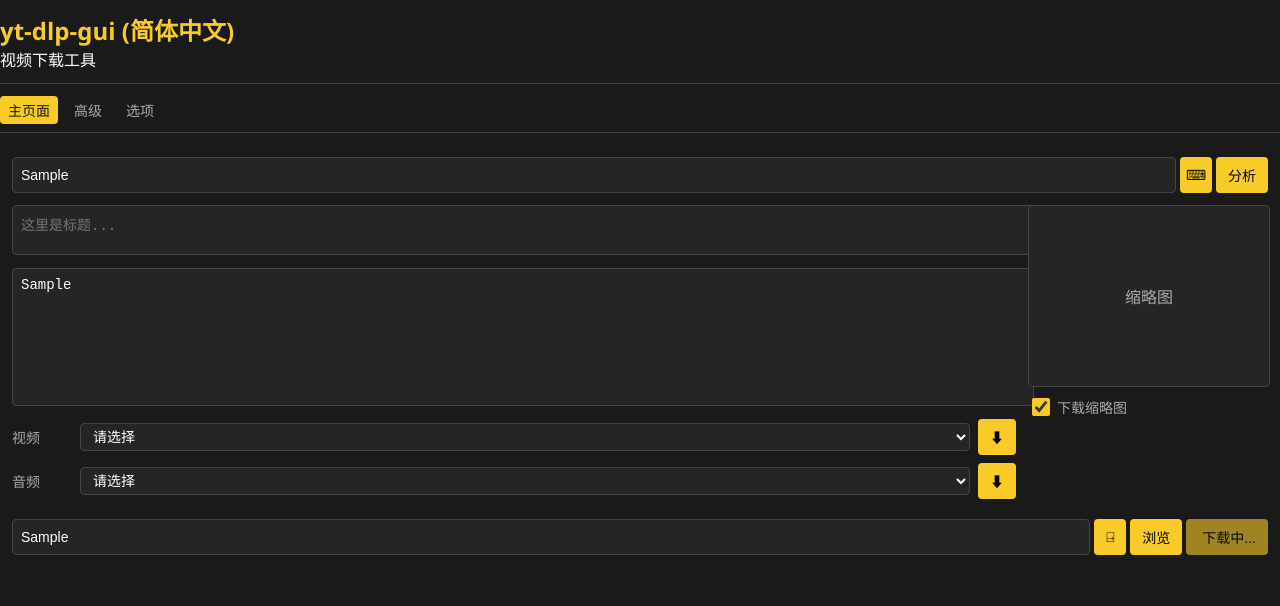
Repository: zArvin6808/yt-TubeSaver
Page: index.html
These files come from the project's save history. The page is drawn as it stood at one moment and after the next save; the edit follows.
The browser window is 1280 px wide. The pictures show the whole page.
Empty fields were first filled with sample values (such as "Sample", 5 or name@example.com).
After loading, the first visible `#downloadButton` was clicked once.

Above is the page before, as saved 2025-06-07 18:04:19.

### index.html
<!DOCTYPE html>
<html lang="zh-CN">
<head>
  <meta charset="UTF-8" />
  <title>yt-dlp-gui (简体中文)</title>
  <meta name="viewport" content="width=device-width, initial-scale=1.0"/>
  <link rel="stylesheet" href="style.css" />
</head>
<body>

  <!-- 标题栏 -->
  <header class="app-header">
    <h1 class="app-header__title">yt-dlp-gui (简体中文)</h1>
    <span>视频下载工具</span>
  </header>

  <!-- 导航栏 -->
  <nav class="app-nav">
    <a href="#" class="app-nav__item app-nav__item--active" data-page="main">主页面</a>
    <a href="#" class="app-nav__item" data-page="advanced">高级</a>
    <a href="#" class="app-nav__item" data-page="settings">选项</a>
  </nav>

  <!-- 主页面内容 -->
  <main class="app-main">
    <div id="main" class="app-page app-page--active">
    <!-- 网址与按钮 占据整行 -->
    <div class="url-input-group">
      <input type="text" id="urlInput" class="url-input__field" placeholder="网址" />
      <button class="app-btn app-btn--icon" id="pasteButton">⌨</button>
      <button class="app-btn" id="analyzeButton">
        <span class="loading-spinner" style="display:none;"></span>
        <span class="btn-text">分析</span>
      </button>
    </div>

    <!-- 主内容 -->
    <div class="content-area">
      <!-- 左侧面板 -->
      <div class="content-main">
        <textarea class="app-text-input" id="titleInput" placeholder="这里是标题..." readonly></textarea>
        <textarea class="app-text-input app-text-input--content" id="contentTextarea" placeholder="这里是详细内容..."></textarea>

        <!-- 视频行 -->
        <div class="app-selector">
          <label class="app-selector__label">视频</label>
          <select id="video-select" class="app-selector__dropdown">
            <option>请选择</option>
            <option value="video1">视频格式1</option>
            <option value="video2">视频格式2</option>
          </select>
          <button class="app-btn app-btn--download" id="downloadVideoButton">
            <span class="loading-spinner" style="display:none;"></span>
            <span class="btn-text">⬇</span>
          </button>
        </div>

        <!-- 音频行 -->
        <div class="app-selector">
          <label class="app-selector__label">音频</label>
          <select id="audio-select" class="app-selector__dropdown">
            <option>请选择</option>
            <option value="audio1">音频格式1</option>
            <option value="audio2">音频格式2</option>
          </select>
          <button class="app-btn app-btn--download" id="downloadAudioButton">
            <span class="loading-spinner" style="display:none;"></span>
            <span class="btn-text">⬇</span>
          </button>
        </div>
      </div>

      <!-- 右侧面板 -->
      <div class="content-sidebar">
        <div class="app-thumbnail" id="thumbnailPreview">缩略图</div>
        <div class="app-checkbox">
          <input type="checkbox" id="download-thumb" class="app-checkbox__input" checked />
          <label for="download-thumb" class="app-checkbox__label">下载缩略图</label>
        </div>
      </div>
    </div>

    <!-- 路径栏 -->
    <div class="app-path-bar">
      <input type="text" id="pathInput" class="url-input__field" placeholder="D:\下载\yt-dlp-gui\" />
      <button class="app-btn app-btn--icon" id="refreshPathButton">⍈</button>
      <button class="app-btn" id="selectPathButton">浏览</button>
      <button class="app-btn" id="downloadButton">
        <span class="loading-spinner" style="display:none;"></span>
        <span class="btn-text">下载</span>
      </button>
    </div>

    <!-- 进度条 -->
    <div class="progress-bar" style="display:none;">
      <div class="progress-bar__fill"></div>
    </div>
  </div>

  <!-- 高级页面 -->
  <div id="advanced" class="app-page">
    <div class="test-content">
      <h2>高级设置（测试页面）</h2>
      <p>这是高级设置页面的测试内容。该页面将用于配置更详细的下载选项。</p>
      <p>未来这里将包含：</p>
      <ul style="color: #aaa; margin-left: 20px;">
        <li>视频质量设置</li>
        <li>下载速度限制</li>
        <li>字幕选项</li>
        <li>格式选择</li>
      </ul>
    </div>
  </div>

  <!-- 选项页面 -->
  <div id="settings" class="app-page">
    <div class="test-content">
      <h2>全局设置（测试页面）</h2>
      <p>这是选项设置页面的测试内容。该页面将用于配置软件的全局设置。</p>
      <p>未来这里将包含：</p>
      <ul style="color: #aaa; margin-left: 20px;">
        <li>界面语言设置</li>
        <li>默认下载路径</li>
        <li>代理设置</li>
        <li>主题选择</li>
      </ul>
    </div>
  </div>

  <script src="script.js"></script>
</body>
</html>

### script.js
// 页面切换逻辑
function switchPage(pageId) {
    // 移除所有页面的active类
    document.querySelectorAll('.page').forEach(page => {
        page.classList.remove('app-page--active');
    });

    // 移除所有导航项的active类
    document.querySelectorAll('.app-nav__item').forEach(nav => {
        nav.classList.remove('app-nav__item--active');
    });

    // 激活选中的页面
    document.getElementById(pageId).classList.add('app-page--active');

    // 激活对应的导航项
    document.querySelector(`.app-nav__item[data-page="${pageId}"]`).classList.add('app-nav__item--active');
}

// 初始化页面
document.addEventListener('DOMContentLoaded', () => {
    // 为所有导航链接添加点击事件
    document.querySelectorAll('.app-nav__item').forEach(link => {
        link.addEventListener('click', (e) => {
            e.preventDefault();
            const pageId = link.getAttribute('data-page');
            switchPage(pageId);
        });
    });

    // 默认显示main页面
    switchPage('main');

    // 绑定按钮事件

    // 粘贴按钮点击事件
    document.getElementById('pasteButton').addEventListener('click', async () => {
        try {
            const text = await navigator.clipboard.readText();
            document.getElementById('urlInput').value = text;
            showToast('已粘贴剪贴板内容', 'success');
        } catch (error) {
            console.error('粘贴失败:', error);
            showToast('粘贴失败: ' + error.message, 'error');
        }
    });

    // URL分析按钮点击事件
    document.getElementById('analyzeButton').addEventListener('click', async () => {
        const urlInput = document.getElementById('urlInput');
        const url = urlInput.value.trim();

        if (!url) {
            showToast('请输入有效的YouTube URL', 'error');
            urlInput.focus();
            return;
        }

        if (!isValidYouTubeUrl(url)) {
            showToast('请输入有效的YouTube视频链接', 'error');
            return;
        }

        const button = document.getElementById('analyzeButton');
        const originalText = button.textContent;
        button.disabled = true;
        button.innerHTML = '<span class="spinner"></span>分析中...';

        try {
            // 模拟API请求
            const videoInfo = await analyzeYouTubeUrl(url);

            // 更新UI
            document.getElementById('titleInput').value = videoInfo.title;
            document.getElementById('contentTextarea').value = videoInfo.description;
            document.getElementById('thumbnailPreview').style.backgroundImage = `url(${videoInfo.thumbnail})`;
            document.getElementById('thumbnailPreview').textContent = '';

            // 填充格式选项
            updateFormatOptions(videoInfo.formats);

            showToast('视频信息获取成功', 'success');
        } catch (error) {
            console.error('分析URL失败:', error);
            showToast('分析失败: ' + error.message, 'error');
        } finally {
            button.disabled = false;
            button.textContent = originalText;
        }
    });

    // 下载按钮点击事件
    document.getElementById('downloadButton').addEventListener('click', async () => {
        const path = document.getElementById('pathInput').value.trim();
        if (!path) {
            showToast('请选择保存路径', 'error');
            return;
        }

        const button = document.getElementById('downloadButton');
        const originalText = button.textContent;
        button.disabled = true;
        button.innerHTML = '<span class="spinner"></span>下载中...';

        try {
            // 模拟下载过程
            await downloadVideo({
                url: document.getElementById('urlInput').value,
                path: path,
                downloadThumbnail: document.getElementById('download-thumb').checked
            });

            showToast('下载完成', 'success');
        } catch (error) {
            console.error('下载失败:', error);
            showToast('下载失败: ' + error.message, 'error');
        } finally {
            button.disabled = false;
            button.textContent = originalText;
        }
    });

    // 选择保存路径按钮点击事件
    document.getElementById('selectPathButton').addEventListener('click', async () => {
        try {
            // 使用Electron的dialog API选择路径
            const path = await window.electron.showOpenDialog({
                properties: ['openDirectory']
            });

            if (path && path.length > 0) {
                document.getElementById('pathInput').value = path[0];
                showToast('路径设置成功', 'success');
            }
        } catch (error) {
            console.error('选择路径失败:', error);
            showToast('选择路径失败', 'error');
        }
    });

    // 刷新路径按钮点击事件
    document.getElementById('refreshPathButton').addEventListener('click', () => {
        document.getElementById('pathInput').value = 'D:\\下载\\yt-dlp-gui\\';
        showToast('已重置默认路径', 'info');
    });

    // 视频下载按钮点击事件
    document.getElementById('downloadVideoButton').addEventListener('click', () => {
        const select = document.getElementById('video-select');
        if (select.value === '请选择') {
            showToast('请选择视频格式', 'error');
            return;
        }
        showToast(`开始下载视频: ${select.value}`, 'info');
    });

    // 音频下载按钮点击事件
    document.getElementById('downloadAudioButton').addEventListener('click', () => {
        const select = document.getElementById('audio-select');
        if (select.value === '请选择') {
            showToast('请选择音频格式', 'error');
            return;
        }
        showToast(`开始下载音频: ${select.value}`, 'info');
    });

    // 辅助函数
    function isValidYouTubeUrl(url) {
        const pattern = /^(https?:\/\/)?(www\.)?(youtube\.com|youtu\.?be)\/.+/;
        return pattern.test(url);
    }

    function showToast(message, type = 'info') {
      // 确保容器存在
      let container = document.querySelector('.toast-container');
      if (!container) {
        container = document.createElement('div');
        container.className = 'toast-container';
        document.body.appendChild(container);
      }

      const icons = {
        success: '✓',
        error: '✕',
        warning: '⚠',
        info: 'ℹ'
      };

      const toast = document.createElement('div');
      toast.className = `toast toast-${type}`;

      // 添加图标
      const icon = document.createElement('span');
      icon.className = 'toast-icon';
      icon.textContent = icons[type] || icons.info;
      toast.appendChild(icon);

      // 添加消息
      const messageEl = document.createElement('span');
      messageEl.textContent = message;
      toast.appendChild(messageEl);

      // 添加关闭按钮
      const closeBtn = document.createElement('span');
      closeBtn.className = 'toast-close';
      closeBtn.innerHTML = '&times;';
      closeBtn.addEventListener('click', () => {
        toast.classList.add('hide');
        setTimeout(() => toast.remove(), 300);
      });
      toast.appendChild(closeBtn);

      container.appendChild(toast);

      // 显示toast
      setTimeout(() => toast.classList.add('show'), 10);

      // 自动隐藏
      const timeout = setTimeout(() => {
        toast.classList.add('hide');
        setTimeout(() => toast.remove(), 300);
      }, 3000);

      // 鼠标悬停时暂停自动隐藏
      toast.addEventListener('mouseenter', () => {
        clearTimeout(timeout);
        toast.style.setProperty('--progress', 'paused');
      });

      toast.addEventListener('mouseleave', () => {
        const newTimeout = setTimeout(() => {
          toast.classList.add('hide');
          setTimeout(() => toast.remove(), 300);
        }, 3000);
        toast.dataset.timeout = newTimeout;
      });
    }

    // 模拟API函数
    async function analyzeYouTubeUrl(url) {
        return new Promise((resolve) => {
            setTimeout(() => {
                resolve({
                    title: '示例视频标题',
                    description: '这是视频的详细描述信息...',
                    thumbnail: 'https://i.ytimg.com/vi/dQw4w9WgXcQ/maxresdefault.jpg',
                    formats: {
                        video: ['1080p', '720p', '480p'],
                        audio: ['mp3', 'aac', 'opus']
                    }
                });
            }, 1500);
        });
    }

    function updateFormatOptions(formats) {
        const videoSelect = document.getElementById('video-select');
        const audioSelect = document.getElementById('audio-select');

        // 清空现有选项
        videoSelect.innerHTML = '<option>请选择</option>';
        audioSelect.innerHTML = '<option>请选择</option>';

        // 添加视频格式
        formats.video.forEach(format => {
            const option = document.createElement('option');
            option.value = format;
            option.textContent = format;
            videoSelect.appendChild(option);
        });

        // 添加音频格式
        formats.audio.forEach(format => {
            const option = document.createElement('option');
            option.value = format;
            option.textContent = format;
            audioSelect.appendChild(option);
        });
    }

    async function downloadVideo(options) {
        return new Promise((resolve) => {
            setTimeout(() => {
                console.log('下载完成:', options);
                resolve();
            }, 3000);
        });
    }

    // 页面切换
    document.querySelectorAll('.nav-link').forEach(link => {
        link.addEventListener('click', (e) => {
            e.preventDefault();
            const page = link.dataset.page;

            // 更新导航栏状态
            document.querySelectorAll('.nav-link').forEach(navLink => {
                navLink.classList.remove('active');
            });
            link.classList.add('active');

            // 切换页面
            document.querySelectorAll('.page').forEach(pageElement => {
                pageElement.classList.remove('active');
            });
            document.getElementById(page).classList.add('active');
        });
    });

    // 粘贴按钮点击事件
    document.getElementById('pasteButton')?.addEventListener('click', async () => {
        try {
            const button = document.getElementById('pasteButton');
            const originalText = button.textContent;
            button.disabled = true;
            button.innerHTML = '<span class="spinner"></span>粘贴中...';

            const text = await navigator.clipboard.readText();
            document.getElementById('urlInput').value = text;
            showToast('已粘贴剪贴板内容', 'success');
        } catch (error) {
            console.error('粘贴失败:', error);
            showToast('粘贴失败: ' + error.message, 'error');
        } finally {
            const button = document.getElementById('pasteButton');
            button.disabled = false;
            button.textContent = '粘贴';
        }
    });

    // 视频下载按钮点击事件
    document.getElementById('downloadVideoButton')?.addEventListener('click', async () => {
        const select = document.getElementById('video-select');
        if (select.value === '请选择') {
            showToast('请选择视频格式', 'error');
            return;
        }

        const button = document.getElementById('downloadVideoButton');
        const originalText = button.textContent;
        button.disabled = true;
        button.innerHTML = '<span class="spinner"></span>下载中...';

        try {
            // 模拟下载过程
            await downloadVideo({
                url: document.getElementById('urlInput').value,
                format: select.value,
                type: 'video'
            });

            showToast(`视频下载完成: ${select.value}`, 'success');
        } catch (error) {
            console.error('视频下载失败:', error);
            showToast('视频下载失败: ' + error.message, 'error');
        } finally {
            button.disabled = false;
            button.textContent = originalText;
        }
    });

    // 音频下载按钮点击事件
    document.getElementById('downloadAudioButton')?.addEventListener('click', async () => {
        const select = document.getElementById('audio-select');
        if (select.value === '请选择') {
            showToast('请选择音频格式', 'error');
            return;
        }

        const button = document.getElementById('downloadAudioButton');
        const originalText = button.textContent;
        button.disabled = true;
        button.innerHTML = '<span class="spinner"></span>下载中...';

        try {
            // 模拟下载过程
            await downloadVideo({
                url: document.getElementById('urlInput').value,
                format: select.value,
                type: 'audio'
            });

            showToast(`音频下载完成: ${select.value}`, 'success');
        } catch (error) {
            console.error('音频下载失败:', error);
            showToast('音频下载失败: ' + error.message, 'error');
        } finally {
            button.disabled = false;
            button.textContent = originalText;
        }
    });

    // 刷新路径按钮点击事件
    document.getElementById('refreshPathButton')?.addEventListener('click', () => {
        document.getElementById('pathInput').value = 'D:\\下载\\yt-dlp-gui\\';
        showToast('已重置默认路径', 'info');
    });
});

Loaded but not shown: style.css (561 lines, source omitted)

After the next save:
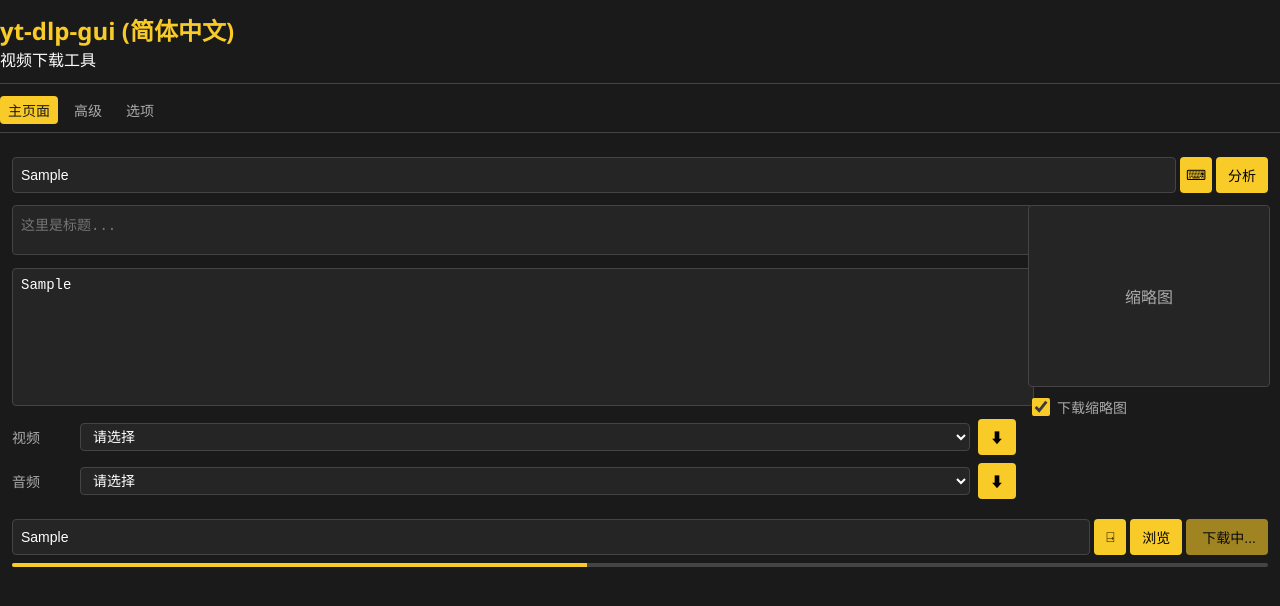
Saved 6 min 41 s later.
--- a/script.js
+++ b/script.js
@@ -278,12 +278,38 @@
         });
     }
 
+    // 进度条控制函数
+    function updateProgressBar(percent) {
+        const progressBar = document.querySelector('.progress-bar');
+        const progressFill = document.querySelector('.progress-bar__fill');
+
+        if (percent > 0) {
+            progressBar.style.display = 'block';
+            progressFill.style.width = `${percent}%`;
+        } else {
+            progressBar.style.display = 'none';
+        }
+    }
+
     async function downloadVideo(options) {
         return new Promise((resolve) => {
-            setTimeout(() => {
-                console.log('下载完成:', options);
-                resolve();
-            }, 3000);
+            updateProgressBar(0);
+
+            // 模拟下载进度
+            let progress = 0;
+            const interval = setInterval(() => {
+                progress += 10;
+                updateProgressBar(progress);
+
+                if (progress >= 100) {
+                    clearInterval(interval);
+                    setTimeout(() => {
+                        console.log('下载完成:', options);
+                        updateProgressBar(0);
+                        resolve();
+                    }, 500);
+                }
+            }, 300);
         });
     }
 
